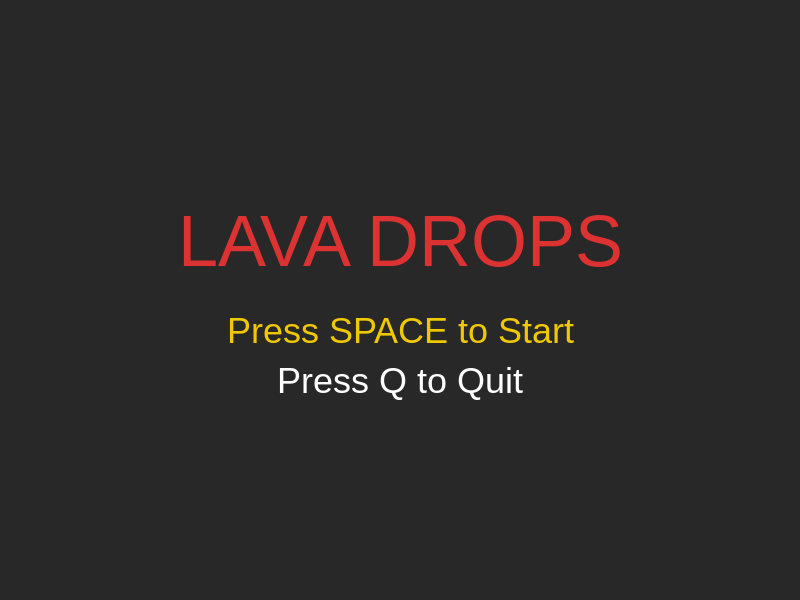
Repository: oyoeys/20260188
Script's output: python dodger.py
An editor plug-in stored every save of this project. The script's output is shown before and after the next save, followed by the edit.
The window is shown after at most 60 frames with no key pressed. A system font it names is replaced by a similar one. Random numbers start from a fixed seed.

Above is the script's output before, as saved 2026-04-08 00:59:46.

### dodger.py
import pygame
import random
import sys
import math

pygame.init()

def get_korean_font(size):
    candidates = ["malgungothic", "applegothic", "nanumgothic", "notosanscjk"]
    for name in candidates:
        font = pygame.font.SysFont(name, size)
        if font.get_ascent() > 0:
            return font
    return pygame.font.SysFont(None, size)

# 기본 해상도 기준점
DEFAULT_WIDTH, DEFAULT_HEIGHT = 800, 600
WIDTH, HEIGHT = DEFAULT_WIDTH, DEFAULT_HEIGHT
FPS = 60

# --- 게임 상수 ---
PLAYER_SPEED = 5
INVINCIBLE_FRAMES = 90
SCORE_PER_LEVEL = 20

# --- 레이저 설정 ---
LASER_SCORE_THRESHOLD = 50
LASER_WARNING_DURATION = 60
LASER_ACTIVE_DURATION = 10
MAX_ACTIVE_LASERS = 3
LASER_THICKNESS = 30
LASER_SPAWN_INTERVAL = 180

# --- 실드 게이지 설정 ---
MAX_SHIELD_GAUGE = 180
SHIELD_CONSUME_RATE = 1
SHIELD_RECHARGE_RATE = 0.5

# --- 페이즈 구간 설정 ---
PHASE_MID_THRESHOLD = 50
PHASE_LATE_THRESHOLD = 100
PHASE_LAST_THRESHOLD = 200
PHASE_ENDLESS_THRESHOLD = 400

WHITE  = (255, 255, 255)
BLACK  = (0,   0,   0)
BLUE   = (50,  120, 220)
RED    = (220, 50,  50)
YELLOW = (240, 200, 0)
GRAY   = (40,  40,  40)

screen = pygame.display.set_mode((WIDTH, HEIGHT), pygame.RESIZABLE)
pygame.display.set_caption("Lava Drops")
clock = pygame.time.Clock()
font = get_korean_font(36)
font_big = get_korean_font(72)

LEVELS = [
    {"min_speed": 3, "max_speed": 5,  "spawn": 40, "label": "Lv.1"},
    {"min_speed": 5, "max_speed": 8,  "spawn": 25, "label": "Lv.2"},
    {"min_speed": 7, "max_speed": 12, "spawn": 15, "label": "Lv.3"},
]

PLAYER_W, PLAYER_H = 40, 40
ENEMY_W,  ENEMY_H  = 30, 30

# --- 메인 메뉴 화면 ---
def main_menu():
    global screen
    screen.fill(GRAY)

    cx = screen.get_width() // 2
    cy = screen.get_height() // 2

    title_text = font_big.render("LAVA DROPS", True, RED)
    start_text = font.render("Press SPACE to Start", True, YELLOW)
    quit_text = font.render("Press Q to Quit", True, WHITE)

    screen.blit(title_text, title_text.get_rect(center=(cx, cy - 60)))
    screen.blit(start_text, start_text.get_rect(center=(cx, cy + 30)))
    screen.blit(quit_text, quit_text.get_rect(center=(cx, cy + 80)))

    pygame.display.flip()

    while True:
        clock.tick(FPS)
        for e in pygame.event.get():
            if e.type == pygame.QUIT:
                return "QUIT"
            if e.type == pygame.VIDEORESIZE:
                screen = pygame.display.set_mode((e.w, e.h), pygame.RESIZABLE)
                return main_menu()
            if e.type == pygame.KEYDOWN:
                if e.key == pygame.K_SPACE:
                    return "START"
                if e.key == pygame.K_q:
                    return "QUIT"

def draw_hud(surface, display_score, level_cfg, lives, current_phase):
    surface.blit(font.render(f"Score: {display_score}", True, WHITE), (10, 10))

    phase_text = ""
    if current_phase == 4:
        phase_text = " [ENDLESS]"
    elif current_phase == 3:
        phase_text = " [LAST PHASE]"
    elif current_phase == 2:
        phase_text = " [LATE PHASE]"
    elif current_phase == 1:
        phase_text = " [MID PHASE]"

    surface.blit(font.render(f"{level_cfg['label']}{phase_text}", True, YELLOW), (10, 40))

    lives_text = font.render(f"Lives: {'♥ ' * lives}", True, RED)
    lives_rect = lives_text.get_rect(topright=(surface.get_width() - 20, 10))
    surface.blit(lives_text, lives_rect)

def game_over_screen(display_score):
    global screen
    screen.fill(GRAY)

    cx = screen.get_width() // 2
    cy = screen.get_height() // 2

    go_text = font_big.render("GAME OVER", True, RED)
    score_text = font.render(f"Score: {display_score}", True, WHITE)
    # 텍스트 변경: Q를 누르면 메인 메뉴로
    restart_text = font.render("R: Restart   Q: Main Menu", True, WHITE)

    screen.blit(go_text, go_text.get_rect(center=(cx, cy - 60)))
    screen.blit(score_text, score_text.get_rect(center=(cx, cy + 10)))
    screen.blit(restart_text, restart_text.get_rect(center=(cx, cy + 60)))
    pygame.display.flip()

    while True:
        clock.tick(FPS)
        for e in pygame.event.get():
            if e.type == pygame.QUIT:
                return "QUIT"
            if e.type == pygame.VIDEORESIZE:
                screen = pygame.display.set_mode((e.w, e.h), pygame.RESIZABLE)
                return game_over_screen(display_score)
            if e.type == pygame.KEYDOWN:
                if e.key == pygame.K_r: return "RESTART"
                if e.key == pygame.K_q: return "MENU" # Q 누르면 메뉴 상태로 반환

def main():
    global screen
    player_x = float(screen.get_width() // 2 - PLAYER_W // 2)
    player_y = float(screen.get_height() - 60)
    player = pygame.Rect(int(player_x), int(player_y), PLAYER_W, PLAYER_H)

    enemies = []
    score = 0.0
    lives = 3
    level_idx = 0
    level_cfg = LEVELS[level_idx]
    invincible = 0
    last_phase = 0

    v_spawn_timer = 0
    h_spawn_timer = 0
    b_spawn_timer = 0

    lasers = []
    laser_spawn_timer = 0

    shield_gauge = float(MAX_SHIELD_GAUGE)
    is_shield_overheated = False

    shake_timer = 0
    shake_magnitude = 0

    while True:
        clock.tick(FPS)

        for e in pygame.event.get():
            if e.type == pygame.QUIT:
                return "QUIT"
            elif e.type == pygame.VIDEORESIZE:
                screen = pygame.display.set_mode((e.w, e.h), pygame.RESIZABLE)

        sw, sh = screen.get_width(), screen.get_height()
        display_score = int(score)

        width_ratio = max(0.1, sw / DEFAULT_WIDTH)
        height_ratio = max(0.1, sh / DEFAULT_HEIGHT)

        level_idx = min(display_score // SCORE_PER_LEVEL, len(LEVELS) - 1)
        level_cfg = LEVELS[level_idx]

        current_phase = 0
        if display_score >= PHASE_ENDLESS_THRESHOLD:
            current_phase = 4
        elif display_score >= PHASE_LAST_THRESHOLD:
            current_phase = 3
        elif display_score >= PHASE_LATE_THRESHOLD:
            current_phase = 2
        elif display_score >= PHASE_MID_THRESHOLD:
            current_phase = 1

        if current_phase > last_phase:
            last_phase = current_phase
            enemies.clear()
            lasers.clear()
            shake_timer = 60
            shake_magnitude = 30

        is_phase_mid = current_phase >= 1
        is_phase_late = current_phase >= 2
        is_phase_last = current_phase >= 3
        is_phase_endless = current_phase >= 4

        keys = pygame.key.get_pressed()
        mouse_pressed = pygame.mouse.get_pressed()
        mouse_left = mouse_pressed[0]
        mouse_right = mouse_pressed[2]

        shift_held = keys[pygame.K_LSHIFT] or keys[pygame.K_RSHIFT] or mouse_right
        is_shield_active = False

        if shift_held and not is_shield_overheated and shield_gauge > 0:
            is_shield_active = True
            shield_gauge -= SHIELD_CONSUME_RATE
            if shield_gauge <= 0:
                shield_gauge = 0
                is_shield_overheated = True
        else:
            shield_gauge = min(MAX_SHIELD_GAUGE, shield_gauge + SHIELD_RECHARGE_RATE)
            if is_shield_overheated and shield_gauge >= MAX_SHIELD_GAUGE:
                is_shield_overheated = False

        if mouse_left:
            mx, my = pygame.mouse.get_pos()
            px_center = player_x + PLAYER_W / 2
            py_center = player_y + PLAYER_H / 2
            dx = mx - px_center
            dy = my - py_center
            dist = math.hypot(dx, dy)

            if dist > PLAYER_SPEED:
                player_x += (dx / dist) * PLAYER_SPEED
                player_y += (dy / dist) * PLAYER_SPEED
            else:
                player_x = mx - PLAYER_W / 2
                player_y = my - PLAYER_H / 2
        else:
            if keys[pygame.K_LEFT] or keys[pygame.K_a]:  player_x -= PLAYER_SPEED
            if keys[pygame.K_RIGHT] or keys[pygame.K_d]: player_x += PLAYER_SPEED
            if keys[pygame.K_UP] or keys[pygame.K_w]:    player_y -= PLAYER_SPEED
            if keys[pygame.K_DOWN] or keys[pygame.K_s]:  player_y += PLAYER_SPEED

        player_x = max(0, min(sw - PLAYER_W, player_x))
        player_y = max(0, min(sh - PLAYER_H, player_y))

        player.x = int(player_x)
        player.y = int(player_y)

        endless_speed_bonus = (display_score - PHASE_ENDLESS_THRESHOLD) * 0.05 if is_phase_endless else 0

        if shake_timer <= 0:
            v_spawn_timer += 1
            base_v_spawn = level_cfg["spawn"]
            if is_phase_last:
                base_v_spawn *= 4
            elif is_phase_late:
                base_v_spawn *= 2

            target_v_spawn = max(1, int(base_v_spawn / width_ratio))

            if v_spawn_timer >= target_v_spawn:
                v_spawn_timer = 0
                x = random.randint(0, sw - ENEMY_W)
                speed = random.randint(level_cfg["min_speed"], level_cfg["max_speed"]) + endless_speed_bonus
                if is_phase_late: speed = max(1, int(speed * 0.5))

                enemies.append({
                    "rect": pygame.Rect(x, -ENEMY_H, ENEMY_W, ENEMY_H),
                    "speed_x": 0, "speed_y": speed,
                    "score_value": 1.0 / width_ratio
                })

            if is_phase_late:
                h_spawn_timer += 1
                base_h_spawn = level_cfg["spawn"] * 2
                target_h_spawn = max(1, int(base_h_spawn / height_ratio))

                if h_spawn_timer >= target_h_spawn:
                    h_spawn_timer = 0
                    y = random.randint(0, sh - ENEMY_H)
                    speed = random.randint(level_cfg["min_speed"], level_cfg["max_speed"]) + endless_speed_bonus
                    speed = max(1, int(speed * 0.7))

                    if random.choice([True, False]):
                        enemies.append({"rect": pygame.Rect(-ENEMY_W, y, ENEMY_W, ENEMY_H), "speed_x": speed, "speed_y": 0, "score_value": 1.0 / height_ratio})
                    else:
                        enemies.append({"rect": pygame.Rect(sw, y, ENEMY_W, ENEMY_H), "speed_x": -speed, "speed_y": 0, "score_value": 1.0 / height_ratio})

            if is_phase_last:
                b_spawn_timer += 1
                base_b_spawn = level_cfg["spawn"] * 2
                target_b_spawn = max(1, int(base_b_spawn / width_ratio))

                if b_spawn_timer >= target_b_spawn:
                    b_spawn_timer = 0
                    x = random.randint(0, sw - ENEMY_W)
                    speed = random.randint(level_cfg["min_speed"], level_cfg["max_speed"]) + endless_speed_bonus
                    speed = max(1, int(speed * 0.6))

                    enemies.append({"rect": pygame.Rect(x, sh, ENEMY_W, ENEMY_H), "speed_x": 0, "speed_y": -speed, "score_value": 1.0 / width_ratio})

            if is_phase_mid:
                laser_spawn_timer += 1
                if laser_spawn_timer >= LASER_SPAWN_INTERVAL and len(lasers) < MAX_ACTIVE_LASERS:
                    laser_spawn_timer = 0
                    is_horizontal = random.choice([True, False])
                    if is_horizontal:
                        laser_y = random.randint(0, sh - LASER_THICKNESS)
                        laser_rect = pygame.Rect(-500, laser_y, 3000, LASER_THICKNESS)
                    else:
                        laser_x = random.randint(0, sw - LASER_THICKNESS)
                        laser_rect = pygame.Rect(laser_x, -500, LASER_THICKNESS, 3000)

                    lasers.append({"state": "WARNING", "rect": laser_rect, "timer": LASER_WARNING_DURATION})

        for enemy in enemies:
            enemy["rect"].x += enemy["speed_x"]
            enemy["rect"].y += enemy["speed_y"]

        updated_lasers = []
        for laser in lasers:
            laser["timer"] -= 1
            if laser["state"] == "WARNING":
                if laser["timer"] <= 0:
                    laser["state"] = "ACTIVE"
                    laser["timer"] = LASER_ACTIVE_DURATION
                updated_lasers.append(laser)
            elif laser["state"] == "ACTIVE":
                if laser["timer"] > 0:
                    updated_lasers.append(laser)
        lasers = updated_lasers

        if invincible > 0:
            invincible -= 1
        elif not is_shield_active and shake_timer <= 0:
            for enemy in enemies:
                if player.colliderect(enemy["rect"]):
                    lives -= 1
                    invincible = INVINCIBLE_FRAMES
                    enemies.clear()
                    lasers.clear()
                    shield_gauge = float(MAX_SHIELD_GAUGE)
                    is_shield_overheated = False
                    if lives <= 0:
                        # 게임 오버 화면에서 누른 버튼(상태)를 그대로 바깥으로 전달
                        return game_over_screen(display_score)
                    break

            if invincible == 0:
                for laser in lasers:
                    if laser["state"] == "ACTIVE" and player.colliderect(laser["rect"]):
                        lives -= 1
                        invincible = INVINCIBLE_FRAMES
                        enemies.clear()
                        lasers.clear()
                        shield_gauge = float(MAX_SHIELD_GAUGE)
                        is_shield_overheated = False
                        if lives <= 0:
                            return game_over_screen(display_score)
                        break

        survived = []
        for enemy in enemies:
            is_out_of_bounds = False

            if enemy["speed_y"] > 0 and enemy["rect"].top >= sh:
                is_out_of_bounds = True
            elif enemy["speed_y"] < 0 and enemy["rect"].bottom <= 0:
                is_out_of_bounds = True
            elif enemy["speed_x"] > 0 and enemy["rect"].left >= sw:
                is_out_of_bounds = True
            elif enemy["speed_x"] < 0 and enemy["rect"].right <= 0:
                is_out_of_bounds = True

            if not is_out_of_bounds:
                survived.append(enemy)
            else:
                score += enemy["score_value"]

        enemies = survived

        canvas = pygame.Surface((sw, sh))
        canvas.fill(GRAY)

        for laser in lasers:
            if laser["state"] == "WARNING":
                pygame.draw.rect(canvas, RED, laser["rect"], 3)
                warn_text = font.render('!', True, RED)
                text_rect = warn_text.get_rect(center=laser["rect"].center)
                canvas.blit(warn_text, text_rect)
            elif laser["state"] == "ACTIVE":
                pygame.draw.rect(canvas, RED, laser["rect"])

        if is_shield_active:
            pygame.draw.rect(canvas, YELLOW, player)
        else:
            blink = (invincible // 10) % 2 == 0
            if blink:
                pygame.draw.rect(canvas, BLUE, player)

        if shift_held or shield_gauge < MAX_SHIELD_GAUGE or is_shield_overheated:
            gauge_radius = 40
            gauge_center = (player.centerx, player.centery)
            gauge_color = YELLOW if not is_shield_overheated else (255, 128, 0)
            gauge_ratio = shield_gauge / MAX_SHIELD_GAUGE

            start_angle = -math.pi / 2
            sweep_angle = gauge_ratio * (2 * math.pi)
            end_angle = start_angle + sweep_angle

            gauge_rect = pygame.Rect(gauge_center[0] - gauge_radius, gauge_center[1] - gauge_radius, gauge_radius * 2, gauge_radius * 2)

            pygame.draw.arc(canvas, WHITE, gauge_rect, -math.pi / 2, 3 * math.pi / 2, 2)
            pygame.draw.arc(canvas, gauge_color, gauge_rect, start_angle, end_angle, 6)

        for enemy in enemies:
            pygame.draw.rect(canvas, RED, enemy["rect"])

        draw_hud(canvas, display_score, level_cfg, lives, current_phase)

        if shake_timer > 0:
            dx = random.randint(-int(shake_magnitude), int(shake_magnitude))
            dy = random.randint(-int(shake_magnitude), int(shake_magnitude))

            screen.fill(BLACK)
            screen.blit(canvas, (dx, dy))

            shake_timer -= 1
            shake_magnitude = max(0, shake_magnitude - 0.5)
        else:
            screen.blit(canvas, (0, 0))

        pygame.display.flip()

# --- 실행 흐름 제어 (상태 머신) ---
if __name__ == "__main__":
    state = "MENU" # 초기 상태는 메인 메뉴

    while True:
        if state == "MENU":
            action = main_menu()
            if action == "QUIT":
                break # Q를 누르거나 X버튼을 누르면 루프 탈출 (게임 종료)
            elif action == "START":
                state = "PLAY" # 스페이스를 누르면 게임 시작 상태로 전환

        elif state == "PLAY":
            action = main()
            if action == "QUIT":
                break
            elif action == "MENU":
                state = "MENU" # 게임오버 창에서 Q를 누르면 다시 메뉴 상태로!
            elif action == "RESTART":
                state = "PLAY" # 게임오버 창에서 R을 누르면 다시 게임 시작

    pygame.quit()
    sys.exit()

After the next save:
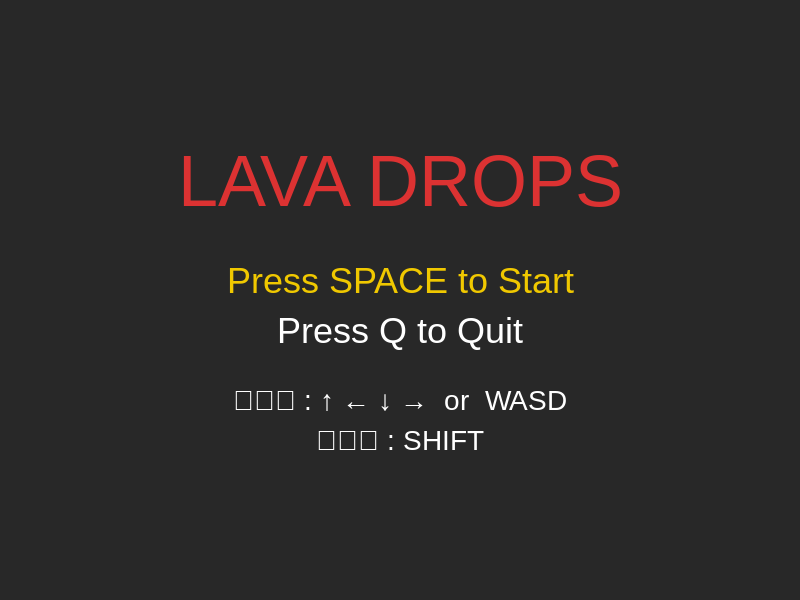
Saved 5 min 55 s later.
--- a/dodger.py
+++ b/dodger.py
@@ -52,8 +52,10 @@ GRAY   = (40,  40,  40)
 screen = pygame.display.set_mode((WIDTH, HEIGHT), pygame.RESIZABLE)
 pygame.display.set_caption("Lava Drops")
 clock = pygame.time.Clock()
+
 font = get_korean_font(36)
 font_big = get_korean_font(72)
+font_small = get_korean_font(28) # 조작법 가이드용 작은 폰트 추가
 
 LEVELS = [
     {"min_speed": 3, "max_speed": 5,  "spawn": 40, "label": "Lv.1"},
@@ -76,9 +78,18 @@ def main_menu():
     start_text = font.render("Press SPACE to Start", True, YELLOW)
     quit_text = font.render("Press Q to Quit", True, WHITE)
 
-    screen.blit(title_text, title_text.get_rect(center=(cx, cy - 60)))
-    screen.blit(start_text, start_text.get_rect(center=(cx, cy + 30)))
-    screen.blit(quit_text, quit_text.get_rect(center=(cx, cy + 80)))
+    # 조작법 텍스트
+    move_text = font_small.render("이동기 : ↑ ← ↓ →  or  WASD", True, WHITE)
+    dodge_text = font_small.render("회피기 : SHIFT", True, WHITE)
+
+    # 기존 UI들을 전체적으로 위로 배치
+    screen.blit(title_text, title_text.get_rect(center=(cx, cy - 120)))
+    screen.blit(start_text, start_text.get_rect(center=(cx, cy - 20)))
+    screen.blit(quit_text, quit_text.get_rect(center=(cx, cy + 30)))
+
+    # 조작법을 아래에 배치
+    screen.blit(move_text, move_text.get_rect(center=(cx, cy + 100)))
+    screen.blit(dodge_text, dodge_text.get_rect(center=(cx, cy + 140)))
 
     pygame.display.flip()
 
@@ -124,7 +135,6 @@ def game_over_screen(display_score):
 
     go_text = font_big.render("GAME OVER", True, RED)
     score_text = font.render(f"Score: {display_score}", True, WHITE)
-    # 텍스트 변경: Q를 누르면 메인 메뉴로
     restart_text = font.render("R: Restart   Q: Main Menu", True, WHITE)
 
     screen.blit(go_text, go_text.get_rect(center=(cx, cy - 60)))
@@ -142,7 +152,7 @@ def game_over_screen(display_score):
                 return game_over_screen(display_score)
             if e.type == pygame.KEYDOWN:
                 if e.key == pygame.K_r: return "RESTART"
-                if e.key == pygame.K_q: return "MENU" # Q 누르면 메뉴 상태로 반환
+                if e.key == pygame.K_q: return "MENU"
 
 def main():
     global screen
@@ -352,7 +362,6 @@ def main():
                     shield_gauge = float(MAX_SHIELD_GAUGE)
                     is_shield_overheated = False
                     if lives <= 0:
-                        # 게임 오버 화면에서 누른 버튼(상태)를 그대로 바깥으로 전달
                         return game_over_screen(display_score)
                     break
 
@@ -442,26 +451,25 @@ def main():
 
         pygame.display.flip()
 
-# --- 실행 흐름 제어 (상태 머신) ---
 if __name__ == "__main__":
-    state = "MENU" # 초기 상태는 메인 메뉴
+    state = "MENU"
 
     while True:
         if state == "MENU":
             action = main_menu()
             if action == "QUIT":
-                break # Q를 누르거나 X버튼을 누르면 루프 탈출 (게임 종료)
+                break
             elif action == "START":
-                state = "PLAY" # 스페이스를 누르면 게임 시작 상태로 전환
+                state = "PLAY"
 
         elif state == "PLAY":
             action = main()
             if action == "QUIT":
                 break
             elif action == "MENU":
-                state = "MENU" # 게임오버 창에서 Q를 누르면 다시 메뉴 상태로!
+                state = "MENU"
             elif action == "RESTART":
-                state = "PLAY" # 게임오버 창에서 R을 누르면 다시 게임 시작
+                state = "PLAY"
 
     pygame.quit()
     sys.exit()
